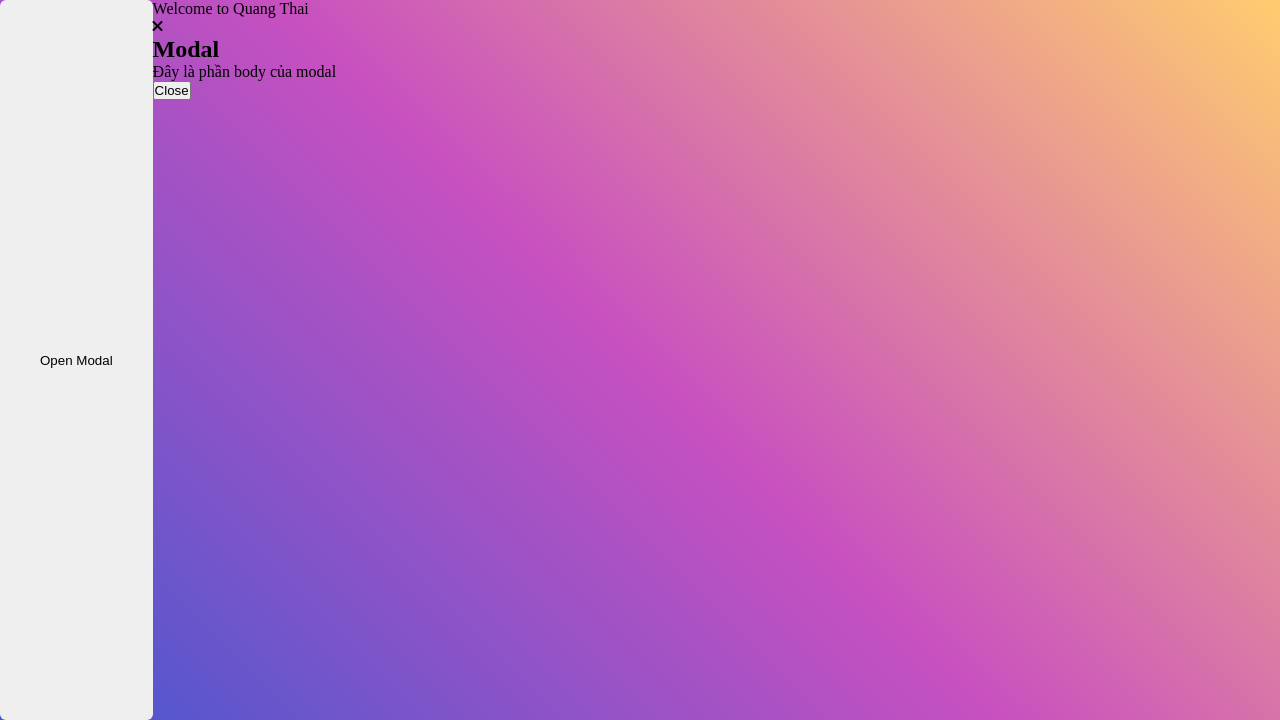
Repository: QUANGTHAI2003/modal
Page: index.html
The author's editor kept a copy of each file at every save. The page is drawn from the files as they stood at one save, then again after the next save.
The browser window is 1280 px wide. The pictures show the whole page.

Above is the page before, as saved 2022-02-28 21:35:54.

### index.html
<!DOCTYPE html>
<html lang="en">

<head>
    <meta charset="UTF-8">
    <meta http-equiv="X-UA-Compatible" content="IE=edge">
    <meta name="viewport" content="width=device-width, initial-scale=1.0">
    <title>Modal show</title>
    <link rel="stylesheet" href="https://cdnjs.cloudflare.com/ajax/libs/font-awesome/6.0.0/css/all.min.css">
    <link rel="stylesheet" href="./style.css">
</head>

<body>
    <button class="open-modal-btn">Open Modal</button>
    <div class="modal">
        <div class="modal_inner">
            <div class="modal__header">
                <p>Welcome to Quang Thai</p>
                <i class="fas fa-times"></i>
            </div>
            <div class="modal__body">
                <h2>Modal</h2>
                <p>Đây là phần body của modal</p>
            </div>
            <div class="modal__footer">
                <button>Close</button>
            </div>
        </div>
    </div>
    <script src="./app.js"></script>
</body>

</html>

### style.css
* {
    margin: 0;
    padding: 0;
    box-sizing: border-box;
}

body {
    height: 100vh;
    overflow: hidden;
    background-image: linear-gradient(
        45deg,
        rgb(65, 88, 208) 0%,
        rgb(200, 80, 192) 50%,
        rgb(255, 204, 112) 100%
    );
    display: flex;
}

.open-modal-btn {
    padding: 20px 40px;
    border: none;
    outline: none;
    border-radius: 6px;
    display: inline-block;
    align-items: center;
    justify-content: center;
}

Loaded but not shown: app.js (no stored copy; drawn as an empty file)

After the next save:
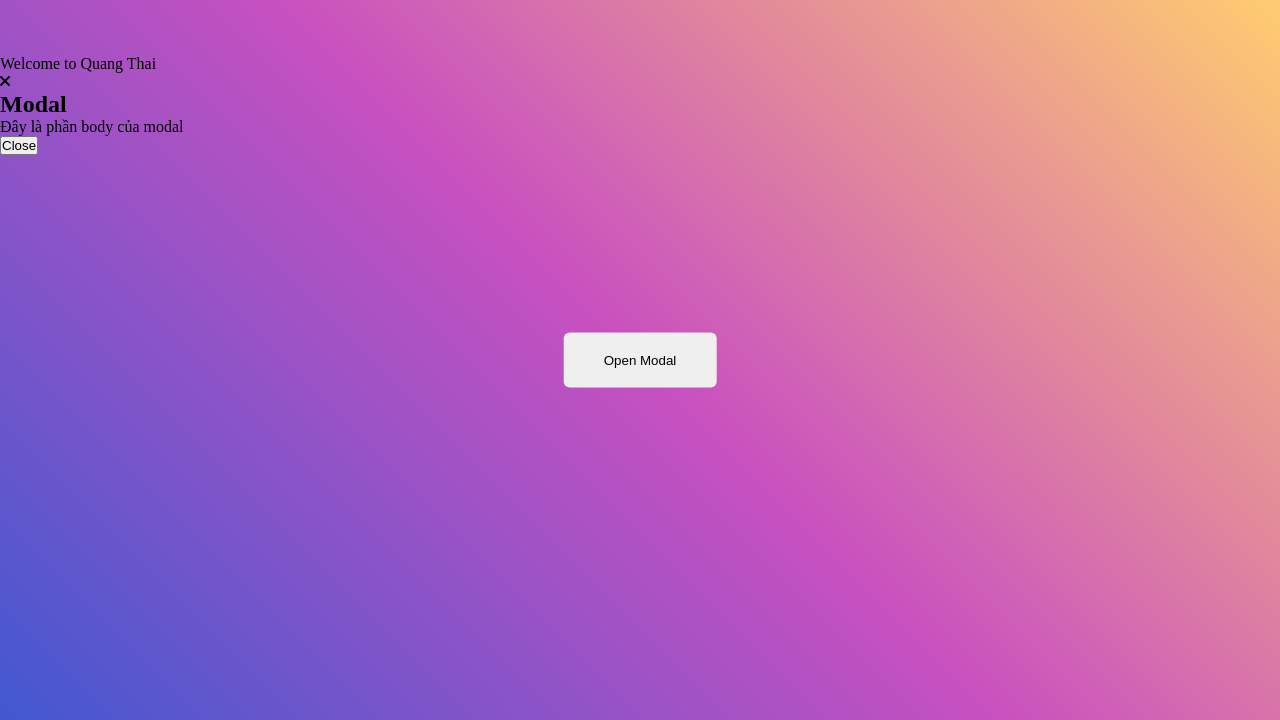
Saved 13 s later.
--- a/style.css
+++ b/style.css
@@ -13,7 +13,6 @@ body {
         rgb(200, 80, 192) 50%,
         rgb(255, 204, 112) 100%
     );
-    display: flex;
 }
 
 .open-modal-btn {
@@ -22,6 +21,8 @@ body {
     outline: none;
     border-radius: 6px;
     display: inline-block;
-    align-items: center;
-    justify-content: center;
+    position: relative;
+    top: 50%;
+    left: 50%;
+    transform: translate(-50%, -50%);
 }
